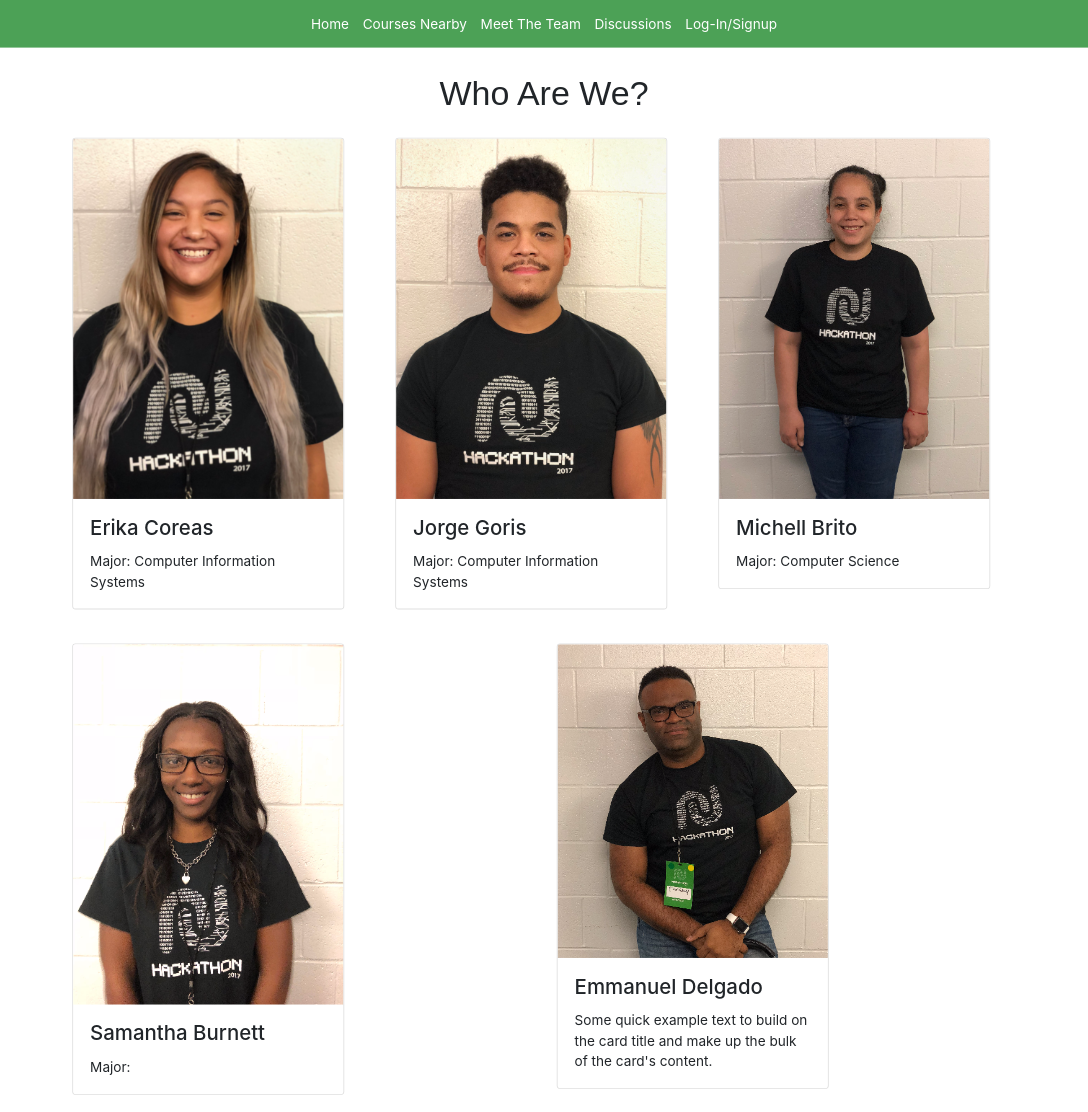
Repository: SamanthaBurnett/Hackathon2017
Page: meet_the_team.html
The author's editor kept a record of every edit. The page is drawn from the files as they stood at one moment, then again after the next edit.
The browser window is 1280 px wide. The pictures show the whole page, at 85% of full size.
Some web fonts or font styles are not loaded; a fallback is used.

Above is the page before.

### meet_the_team.html
<!DOCTYPE html>
<html>
  <head>
    <title>Meet The Team</title>
	<!--Required Meta Tags-->
	<meta charset="UTF-8">
	<meta name="viewport" content="width=device-width, initial-scale=1, shrink-to-fit=no">
	<!--Bootstrap 4-->
	<link rel="stylesheet" href="https://maxcdn.bootstrapcdn.com/bootstrap/4.0.0-beta.2/css/bootstrap.min.css" integrity="sha384-PsH8R72JQ3SOdhVi3uxftmaW6Vc51MKb0q5P2rRUpPvrszuE4W1povHYgTpBfshb" crossorigin="anonymous">
	<!--Custom Styles-->
	<link rel="stylesheet" type="text/css" href="assets/stylesheets/styles.css">
  </head>
  <body>
    <nav class="navbar navbar-expand-lg navbar-light bg-light">
        <button class="navbar-toggler" type="button" data-toggle="collapse" data-target="#navbarSupportedContent" aria-controls="navbarSupportedContent" aria-expanded="false" aria-label="Toggle navigation">
            <span class="navbar-toggler-icon"></span>
        </button>

        <div class="collapse navbar-collapse justify-content-center" id="navbarSupportedContent">
            <ul class="navbar-nav">
              <li class="nav-item">
                <a class="nav-link" href="index.html">Home</a>
              </li>
              <li class="nav-item">
                <a class="nav-link" href="coursesnearby.html">Courses Nearby</a>
              </li>
              <li class="nav-item">
                  <a class="nav-link" href="meet_the_team.html">Meet The Team</a>
              </li>
              <li class="nav-item">
                  <a class="nav-link" href="discussions.html">Discussions</a>
              </li>
              <li class="nav-item">
              <a class="nav-link" href="signin.html">Log-In/Signup</a>
              </li>
            </ul>
          </div>
     </nav>
     <div class="container meetTheTeam">
       <h1 class="text-center">Who Are We?</h1>
       <div class="row">
         <div class="col">
           <div class="card" style="width: 20rem;">
            <img class="card-img-top" src="assets/images/Erika.JPG" alt="Erika Image">
            <div class="card-body">
              <h4 class="card-title">Erika Coreas</h4>
              <p class="card-text">Major: Computer Information Systems</p>
            </div><!--end card-body-->
          </div><!--end card-->
         </div><!--end col-->
         <div class="col">
           <div class="card" style="width: 20rem;">
            <img class="card-img-top" src="assets/images/Jorge.JPG" alt="Jorge Image">
            <div class="card-body">
              <h4 class="card-title">Jorge Goris</h4>
              <p class="card-text">Major: Computer Information Systems</p>
            </div><!--end card-body-->
          </div><!--end card-->
         </div><!--end col-->
         <div class="col">
           <div class="card" style="width: 20rem;">
            <img class="card-img-top" src="assets/images/Michell.JPG" alt="Michell Image">
            <div class="card-body">
              <h4 class="card-title">Michell Brito</h4>
              <p class="card-text">Major: Computer Science</p>
            </div><!--end card-body-->
          </div><!--end card-->
         </div><!--end col-->
         <div class="col">
           <div class="card" style="width: 20rem;">
            <img class="card-img-top" src="assets/images/samantha.jpg" alt="Samantha Image">
            <div class="card-body">
              <h4 class="card-title">Samantha Burnett</h4>
              <p class="card-text">Major: </p>
            </div><!--end card-body-->
          </div><!--end card-->
         </div><!--end col-->
         <div class="col">
           <div class="card" style="width: 20rem;">
            <img class="card-img-top" src="assets/images/Emmanuel.JPG" alt="Emmanuel Image">
            <div class="card-body">
              <h4 class="card-title">Emmanuel Delgado</h4>
              <p class="card-text">Some quick example text to build on the card title and make up the bulk of the card's content.</p>
            </div><!--end card-body-->
          </div><!--end card-->
         </div><!--end col-->
       </div><!--end row-->
     </div><!--end container-->



  </body>
</html>

### assets/stylesheets/styles.css
@import url('https://fonts.googleapis.com/css?family=Electrolize');


.font-headings{
  font-family: 'Electrolize', sans-serif;
  color: blue;
  text-shadow: 2px 2px #FFF;
  text-align: center;
}

/*----------------------------Navigation Styles------------------------------*/
.bg-light {
    background-color: #4CA156!important;
}

.navbar-light .navbar-nav .nav-link, .navbar-light .navbar-nav .nav-link:hover {
    color: white;
}
/*------------------------------Landing Page Styles--------------------------*/

#landing-header {
    z-index: 1;
    position: relative;
    text-align: center;
    padding-top: 40vh;
		background-size: cover;
		background-repeat: no-repeat;
	    -webkit-background-size: cover;
        -moz-background-size: cover;
        -o-background-size: cover;
}

#landing-header h1, #landing-header h2 {
    color: white;
    font-size: 45px;
    text-shadow: 0px 4px 3px rgba(0,0,0,0.4),
	         0px 8px 13px rgba(0,0,0,0.1),
			 0px 18px 23px rgba(0,0,0,0.1);
}

.landingbtn, .landingbtn:hover, landingbtn:visited, landingbtn:active {
  margin-top: 10px;
  padding: 10px 40px;
  border-radius: 5px;
  margin-bottom: 20px;
  background:
		linear-gradient(
			rgba(17, 89, 28, 0.45),
			rgba(17, 148, 138, 0.50)
		);
}

.heroSlide {
  width: 100%;
  height: 100%;
  position: absolute;
  list-style: none;
  margin: 0;
  padding: 0;
}


/*.heroSlide li { */
/*  width: 100%;*/
/*  height: 100%;*/
/*  position: absolute;*/
/*  background-size: cover;*/
/*  background-repeat: no-repeat;*/
/*  opacity: 0;*/
/*  animation: imageAnimation 20s linear infinite;*/
/*}*/

.heroSlide li:nth-child(1) {
    background:
		linear-gradient(
			rgba(17, 89, 28, 0.45),
			rgba(17, 148, 138, 0.50)
		),
  url(../images/teamimg1.jpg);
  width: 100%;
  height: 100%;
  position: absolute;
  background-size: cover;
  background-repeat: no-repeat;
  opacity: 0;
  animation: imageAnimation 20s linear infinite;

}
.heroSlide li:nth-child(2) {
    background:
		linear-gradient(
			rgba(17, 89, 28, 0.45),
			rgba(17, 148, 138, 0.50)
		),
  url(../images/teamimg2.jpg);
  width: 100%;
  height: 100%;
  position: absolute;
  background-size: cover;
  background-repeat: no-repeat;
  opacity: 0;
  animation-delay: 5s;
  animation: imageAnimation 20s linear infinite;
}
.heroSlide li:nth-child(3) {
    background:
		linear-gradient(
			rgba(17, 89, 28, 0.45),
			rgba(17, 148, 138, 0.50)
		),
  url(../images/teamimg3.jpg);
  width: 100%;
  height: 100%;
  position: absolute;
  background-size: cover;
  background-repeat: no-repeat;
  opacity: 0;
  animation-delay: 10s;
  animation: imageAnimation 20s linear infinite;
}

@keyframes imageAnimation {
  0% {
    opacity: 0;
    animation-timing-function: ease-in;
  }
  10% {
    opacity: 1;
    animation-timing-function: ease-out;
  }
  20% {
    opacity: 1
  }
  30% {
    opacity: 1
  }
}

/*---------------------Index Styles--------------------------------------*/

.maincontent h1 {
  padding-bottom: 40px;
}


.WhatCanYouDo, .contentAndTrending {
    margin-top: 100px;
    margin-bottom: 100px;
}

.WhatCanYouDo i {
    color: black;
}

/*---------------------------Content and Trending Styles----------------*/

.maincontent {
    position: relative;
}

.contentAndTrending .col {
    margin: 20px;
}






/*-------------------------Meet The Team Styles----------------------------*/

.meetTheTeam h1 {
  margin-top: 30px;
}
.card {
  margin-bottom: 20px;
  margin-top: 20px;
}










/*------------------------Discussions----------------------*/
.main-box{
  margin:10px;
  height:200px;
  display:flex;
  justify-content:center;
}

.photo-box{
  margin:10px;
  padding:5px;
  height:80px;
  width:90px;
  border:2px solid #4CA156;
  display:flex;
  justify-content: flex-start;
  align-items: center;
  background-color:#FFFFFF;
}

.photo-box i {
  color: black;
  align-items: center;
}

.text-box{
  margin:10px;
  padding:10px;
  height:150px;
  width:800px;
  background-color:#FFFFFF;
  border:2px solid #4CA156;
}

/*------------------------COURSES NEARBY----------------------*/
.center-div
{
   margin: 0 auto;
   width: 100px;
}

.text-center{
  font-family:'Electrolize', sans-serif;

}


/*----------------------------Sign In Form Styles--------------------*/

.form-row {
  padding-top: 20px;
  padding-bottom: 20px;
}

.form-control:focus {
  border: 3px solid #4CA156;
  outline: none;
  box-shadow: none;
}

.maincontent h1 {
  margin-top: 30px;
}

.maincontent h4 {
  margin-bottom: 30px;
}

/*--------------------------Footer Styles-------------------------*/
footer {
    background-color: #4CA156;
}

i {
    color: white;
    padding: 30px 15px;
}

After the next edit:
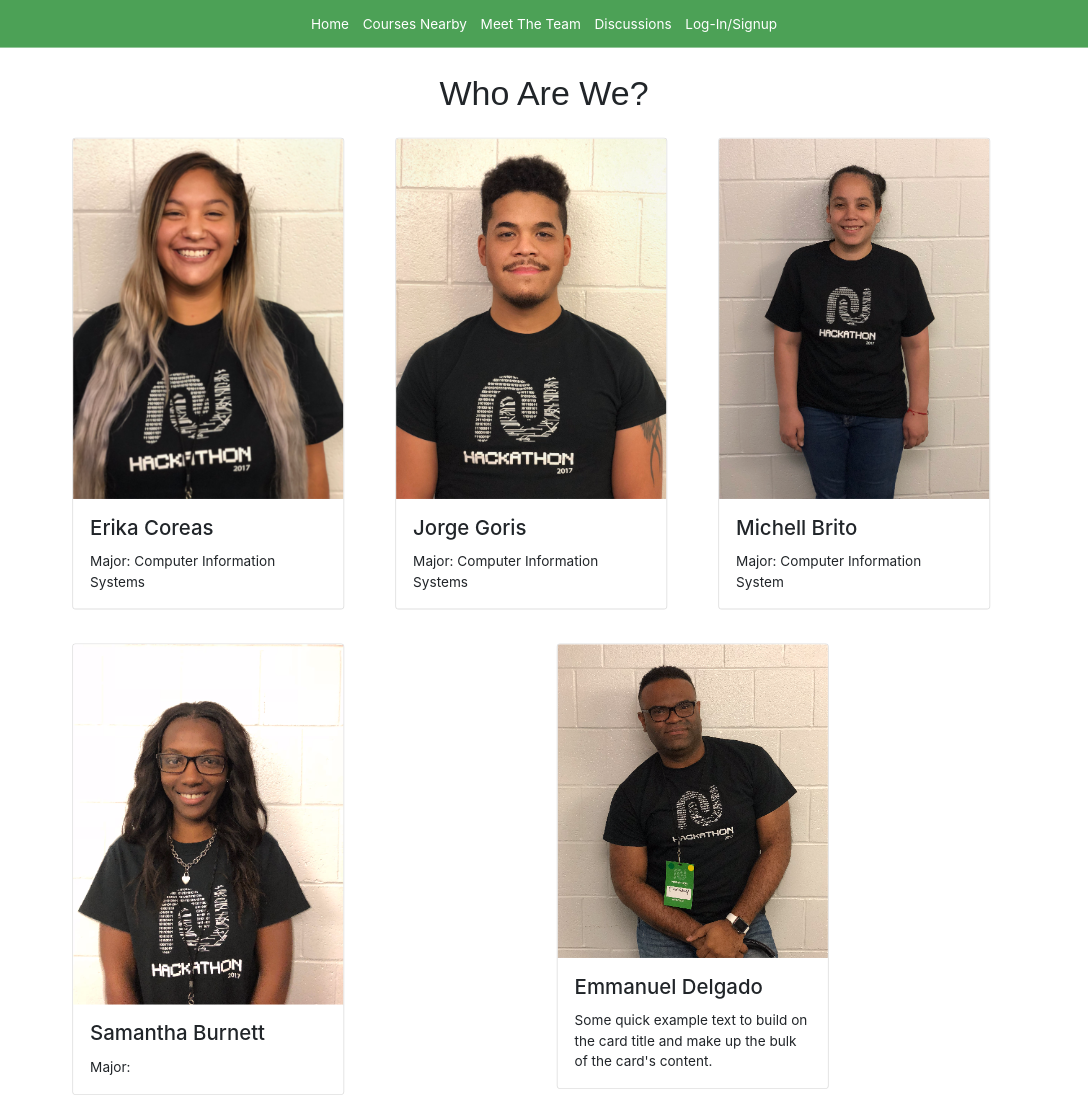
The edit:
--- a/meet_the_team.html
+++ b/meet_the_team.html
@@ -62,7 +62,7 @@
             <img class="card-img-top" src="assets/images/Michell.JPG" alt="Michell Image">
             <div class="card-body">
               <h4 class="card-title">Michell Brito</h4>
-              <p class="card-text">Major: Computer Science</p>
+              <p class="card-text">Major: Computer Information System</p>
             </div><!--end card-body-->
           </div><!--end card-->
          </div><!--end col-->
